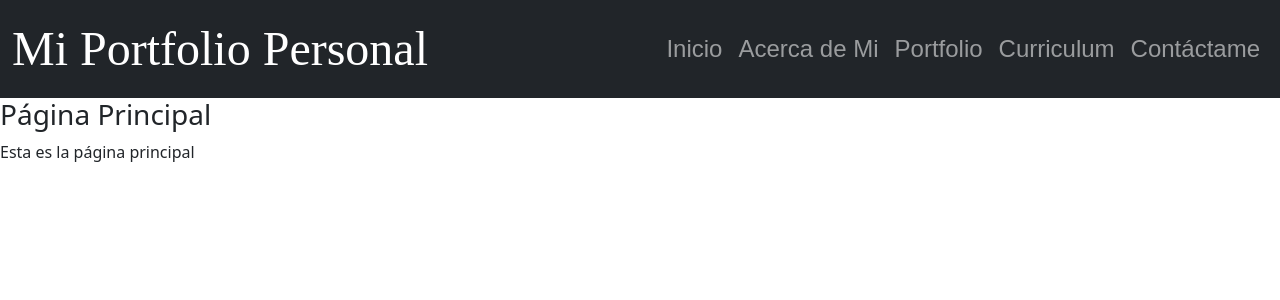
Repository: AlejandroJesusSerrano/portfolio
Page: http://localhost/
The author's editor kept a copy of each file at every save. The page is drawn from the files as they stood at one save, then again after the next save.
The browser window is 1280 px wide. The pictures show the whole page.
Some web fonts or font styles are not loaded; a fallback is used. The page is served by the project's application, run on Django 4.2 (manage.py).

Above is the page before, as saved 2023-09-05 15:38:07.

After the next save:
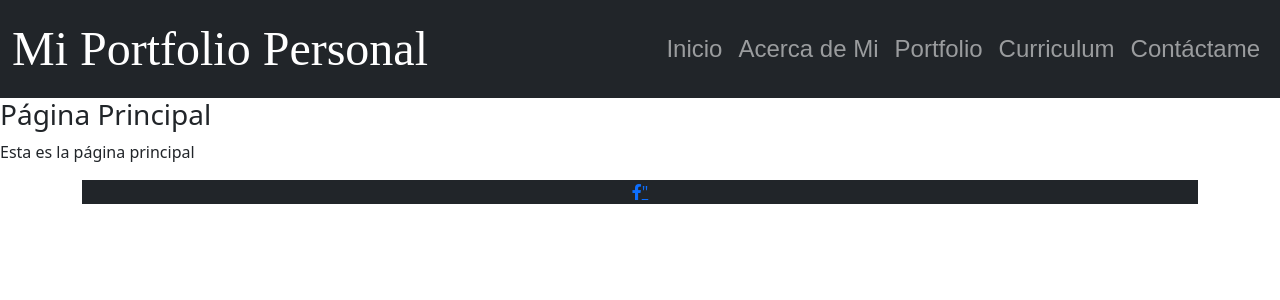
Saved 107 s later.
--- a/portfolio/core/templates/core/base.html
+++ b/portfolio/core/templates/core/base.html
@@ -51,9 +51,8 @@
     <footer class="bg-dark text-center text-light">
       <section class="mb-4">
         <div class="container">
-
+          <a href="#"><i class="fab fa-facebook-f"></i>"</a>
         </div>
-
       </section>
     </footer>
   </div>
